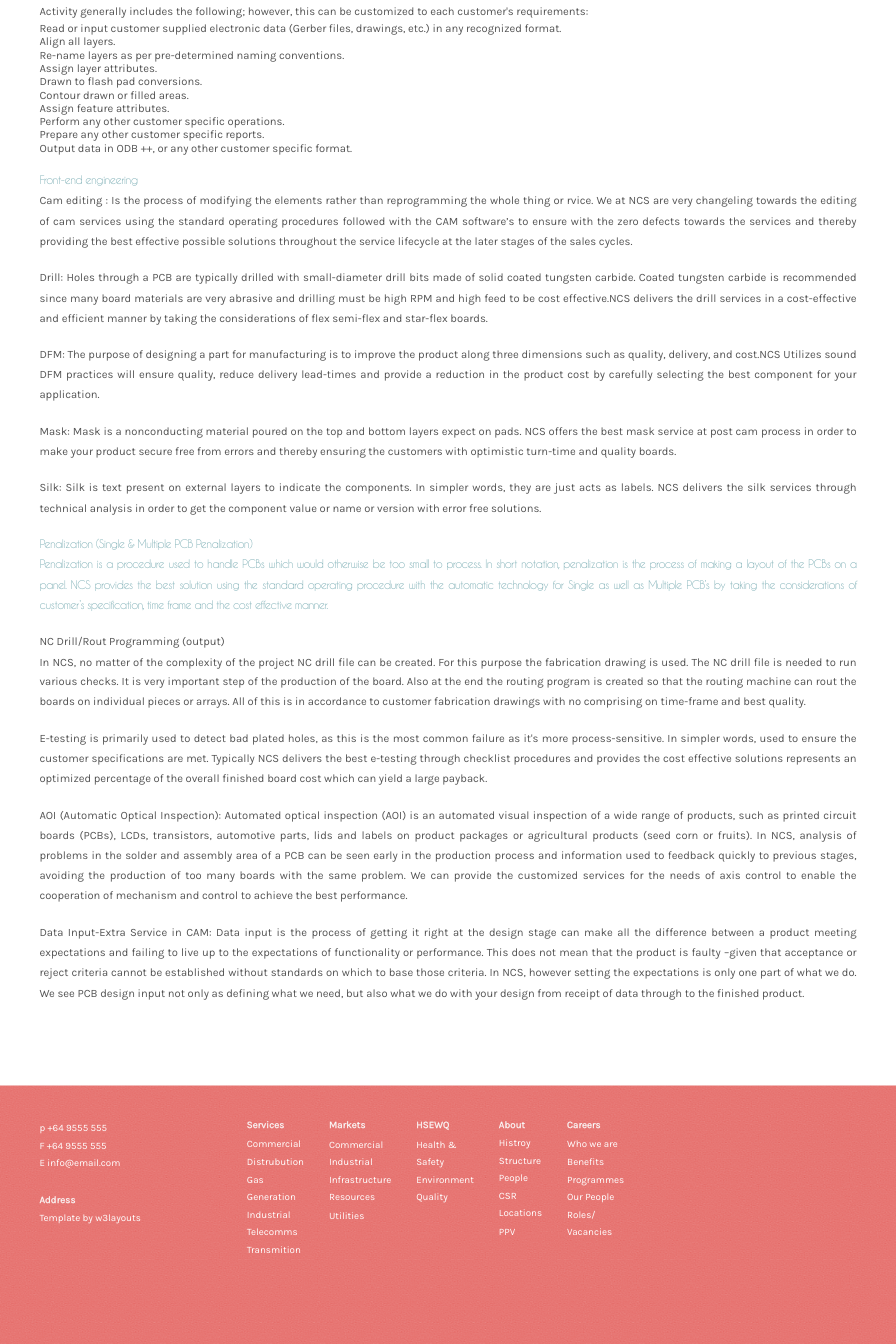
Repository: achalbi/NCS_demo
Page: public/CAM_Solutions.html
The author's editor kept a record of every edit. The page is drawn from the files as they stood at one moment, then again after the next edit.
The browser window is 1280 px wide. The pictures show the part of the page from y = 724 to 2644 px (the page is 2663 px tall), at 70% of full size.

Above is the page before.

### public/CAM_Solutions.html
<!--A Design by W3layouts
Author: W3layout
Author URL: http://w3layouts.com
License: Creative Commons Attribution 3.0 Unported
License URL: http://creativecommons.org/licenses/by/3.0/
-->
<!DOCTYPE HTML>
<html>
<head>
<title>The Organic Website Template | Infrastructure :: w3layouts</title>
<meta http-equiv="Content-Type" content="text/html; charset=utf-8" />
<meta name="viewport" content="width=device-width, initial-scale=1, maximum-scale=1">
<link href='http://fonts.googleapis.com/css?family=Karla' rel='stylesheet' type='text/css'>
<link href="css/style.css" rel="stylesheet" type="text/css" media="all" />
<script src="js/jquery.min.js"></script>
</head>
<body>
<!-- start header -->
<div class="header_bg1">
<div class="wrap">
<div class="wrapper">
	<div class="logo">
		<a href="index.html"><img src="images/logo.png" alt=""/> </a>
	</div>
	<div class="menu">
		<a class="toggleMenu" href="#">Menu</a>
		<ul class="nav">
			<li><a href="index.html">Home</a></li>
			<li><a href="#">Solutions</a>
				<ul>
					<li><a href="CAM_Solutions.html">CAM Solutions</a></li>
					<li><a href="Software_Solutions.html">Software Solutions</a></li>
					<li><a href="Engineering_Solutions.html">Engineering Solutions</a></li>
				</ul>
			</li>
			<li><a href="#">Company</a>
				<ul>
					<li><a href="Quality.html">Quality</a></li>
					<li><a href="Career.html">Career</a></li>
					<li><a href="Capabilities.html">Capabilities</a></li>
				</ul>
			</li>
			<li><a href="contact.html">Contact</a></li>
		</ul>
		</div>
		<div class="clear"></div>
	 <script type="text/javascript" src="js/script.js"></script>
	<div class="clear"></div>
</div>
</div>
</div>
<!-- start content -->
<div class="content_bg">
<div class="wrap">
<div class="wrapper">
	<div class="main">
	  <h2 class="style1">CAM SOLUTIONS</h2>
		<p class="para1">CAM (Computer-Aided Manufacturing) is a foremost front-end engineering solution that requires on time factor and accurate processing in any PCB Company. CAM services has been designed to help consistently accomplish the customers while gaining cost savings. NCS offers the CAM Services like RFQ, Pre-CAM/Product engineering, Front-end Engineering, Penalization, NC Drill Programming/Rout Programming, E-testing, AOI (Automatic optical Inspection), Data input is strived to produce the highest quality machined components in the safest, most efficient manner possible while still ensuring on time delivery of your products or services. </p>
		<p class="para1">  <span class= "style1_sub"> Requests for Quotation </span><br>
        A request for quotation (RFQ) is a standard business process whose purpose is to invite suppliers into a bidding process to bid on specific products or services. RFQ generally means the same thing as IFB (Invitation for Bid). Within the customer requirements, production capacity and the form factors, NCS provides the best quotation through technical reviews in terms of significant analysis and the time factor in order to ensure the customer to responds to RFQ’s faster and more accurately.
        </p>
        <p class="para1"> <span class= "style1_sub">  Pre-CAM (Product Engineering) </span>
        <br>
        Activity generally includes the following; however, this can be customized to each customer's requirements:
<ul >
<li style="color: #555555;">Read or input customer supplied electronic data (Gerber files, drawings, etc.) in any recognized format.</li>
<li style="color: #555555;">Align all layers.</li>
<li style="color: #555555;">Re-name layers as per pre-determined naming conventions.</li>
<li style="color: #555555;">Assign layer attributes.</li>
<li style="color: #555555;">Drawn to flash pad conversions.</li>
<li style="color: #555555;">Contour drawn or filled areas.</li>
<li style="color: #555555;">Assign feature attributes.</li>
<li style="color: #555555;">Perform any other customer specific operations.</li>
<li style="color: #555555;">Prepare any other customer specific reports.</li>
<li style="color: #555555;">Output data in ODB ++, or any other customer specific format.</li>
</ul>
        </p>
        <p class="para1"> <span class= "style1_sub">
        Front-end engineering</span><br>
        Cam editing :
Is the process of modifying the elements rather than reprogramming the whole thing or rvice. We at NCS are very changeling towards the editing of cam services using the standard operating procedures followed with the CAM software’s to ensure with the zero defects towards the services and thereby providing the best effective possible solutions throughout the service lifecycle at the later stages of the sales cycles.
        </p>
         <p class="para1">
       Drill:
Holes through a PCB are typically drilled with small-diameter drill bits made of solid coated tungsten carbide. Coated tungsten carbide is recommended since many board materials are very abrasive and drilling must be high RPM and high feed to be cost effective.NCS delivers the drill services in a cost-effective and efficient manner by taking the considerations of flex semi-flex and star-flex boards.
        </p>
         <p class="para1">
        DFM:
The purpose of designing a part for manufacturing is to improve the product along three dimensions such as quality, delivery, and cost.NCS Utilizes sound DFM practices will ensure quality, reduce delivery lead-times and provide a reduction in the product cost by carefully selecting the best component for your application.
        </p>
         <p class="para1">
       Mask:
Mask is a nonconducting material poured on the top and bottom layers expect on pads. NCS offers the best mask service at post cam process in order to make your product secure free from errors and thereby ensuring the customers with optimistic turn-time and quality boards.
        </p>
          <p class="para1">
      Silk:
Silk is text present on external layers to indicate the components. In simpler words, they are just acts as labels. NCS delivers the silk services through technical analysis in order to get the component value or name or version with error free solutions.
        </p>
         <p class="para1">  <span class= "style1_sub"> Penalization (Single & Multiple PCB Penalization)<br>
         Penalization is a procedure used to handle PCBs which would otherwise be too small to process. In short notation, penalization is the process of making a layout of the PCBs on a panel. NCS provides the best solution using the standard operating procedure with the automatic technology for Single as well as Multiple PCB’s by taking the considerations of customer’s specification, time frame and the cost effective manner.
         </p>
          <p class="para1">NC Drill/Rout Programming (output)<br>
          In NCS, no matter of the complexity of the project NC drill file can be created. For this purpose the fabrication drawing is used. The NC drill file is needed to run various checks. It is very important step of the production of the board. Also at the end the routing program is created so that the routing machine can rout the boards on individual pieces or arrays. All of this is in accordance to customer fabrication drawings with no comprising on time-frame and best quality.
          </p>
           <p class="para1"E-Testing (Electrical Testing)<br>
           E-testing is primarily used to detect bad plated holes, as this is the most common failure as it's more process-sensitive. In simpler words, used to ensure the customer specifications are met. Typically NCS delivers the best e-testing through checklist procedures and provides the cost effective solutions represents an optimized percentage of the overall finished board cost which can yield a large payback.
           </p>
            <p class="para1">AOI (Automatic Optical Inspection):
Automated optical inspection (AOI) is an automated visual inspection of a wide range of products, such as printed circuit boards (PCBs), LCDs, transistors, automotive parts, lids and labels on product packages or agricultural products (seed corn or fruits). In NCS, analysis of problems in the solder and assembly area of a PCB can be seen early in the production process and information used to feedback quickly to previous stages, avoiding the production of too many boards with the same problem. We can provide the customized services for the needs of axis control to enable the cooperation of mechanism and control to achieve the best performance.</p>
<p class="para1">Data Input-Extra Service in CAM:
Data input is the process of getting it right at the design stage can make all the difference between a product meeting expectations and failing to live up to the expectations of functionality or performance. This does not mean that the product is faulty –given that acceptance or reject criteria cannot be established without standards on which to base those criteria. In NCS, however setting the expectations is only one part of what we do. We see PCB design input not only as defining what we need, but also what we do with your design from receipt of data through to the finished product.</p>
    </div>
</div>
</div>
</div>
<!-- start footer -->
<div class="footer_bg">
<div class="wrap">
<div class="wrapper">
<div class="clear">
	<div class="f_grid">
		<div class="grid1_of_1">
			<div class="address">
				<p>p +64 9555 555</p>
				<p>F +64 9555 555</p>
				<p>E <a href="">info@email.com</a> </p>
				<h3 class="top">Address</h3>
				<p class="top">Template by <a href="http://w3layouts.com">w3layouts</a></p>
			</div>
		</div>
		<div class="grid1_of_2">
			<div class="f_grid2 left">
				<h3>Services</h3>
				<ul class="f_nav">
					<li><a href="">Commercial</a></li>
					<li><a href="">Distrubution</a></li>
					<li><a href="">Gas</a></li>
					<li><a href="">Generation</a></li>
					<li><a href="">Industrial</a></li>
					<li><a href="">Telecomms</a></li>
					<li><a href="">Transmition</a></li>
				</ul>
			</div>
			<div class="f_grid2 left">
			<h3>Markets</h3>
			<ul class="f_nav">
				<li><a href="">Commercial</a></li>
				<li><a href="">Industrial</a></li>
				<li><a href="">Infrastructure</a></li>
				<li><a href="">Resources</a></li>
				<li><a href="">Utilities</a></li>
			</ul>
			</div>
			<div class="f_grid2 left">
			<h3>HSEWQ</h3>
			<ul class="f_nav">
				<li><a href="">Health &</a></li>
				<li><a href="">Safety</a></li>
				<li><a href="">Environment</a></li>
				<li><a href="">Quality</a></li>
			</ul>
			</div>
			<div class="f_grid2 left hide">
			<h3>About</h3>
			<ul class="f_nav">
				<li><a href="">Histroy</a></li>
				<li><a href="">Structure</a></li>
				<li><a href="">People</a></li>
				<li><a href="">CSR</a></li>
				<li><a href="">Locations</a></li>
				<li><a href="">PPV</a></li>
			</ul>
			</div>
			<div class="f_grid2 left hide">
			<h3>Careers</h3>
			<ul class="f_nav">
				<li><a href="">Who we are</a></li>
				<li><a href="">Benefits</a></li>
				<li><a href="">Programmes</a></li>
				<li><a href="">Our People</a></li>
				<li><a href="">Roles/</a></li>
				<li><a href="">Vacancies</a></li>
			</ul>
			</div>
		</div>
		<div class="clear"></div>
	</div>
	</div>
</div>
</div>
</div>
</body>
</html>

Loaded but not shown: public/js/jquery.min.js (library); public/js/script.js (49 lines, source omitted); public/css/style.css (962 lines, source omitted)

After the next edit:
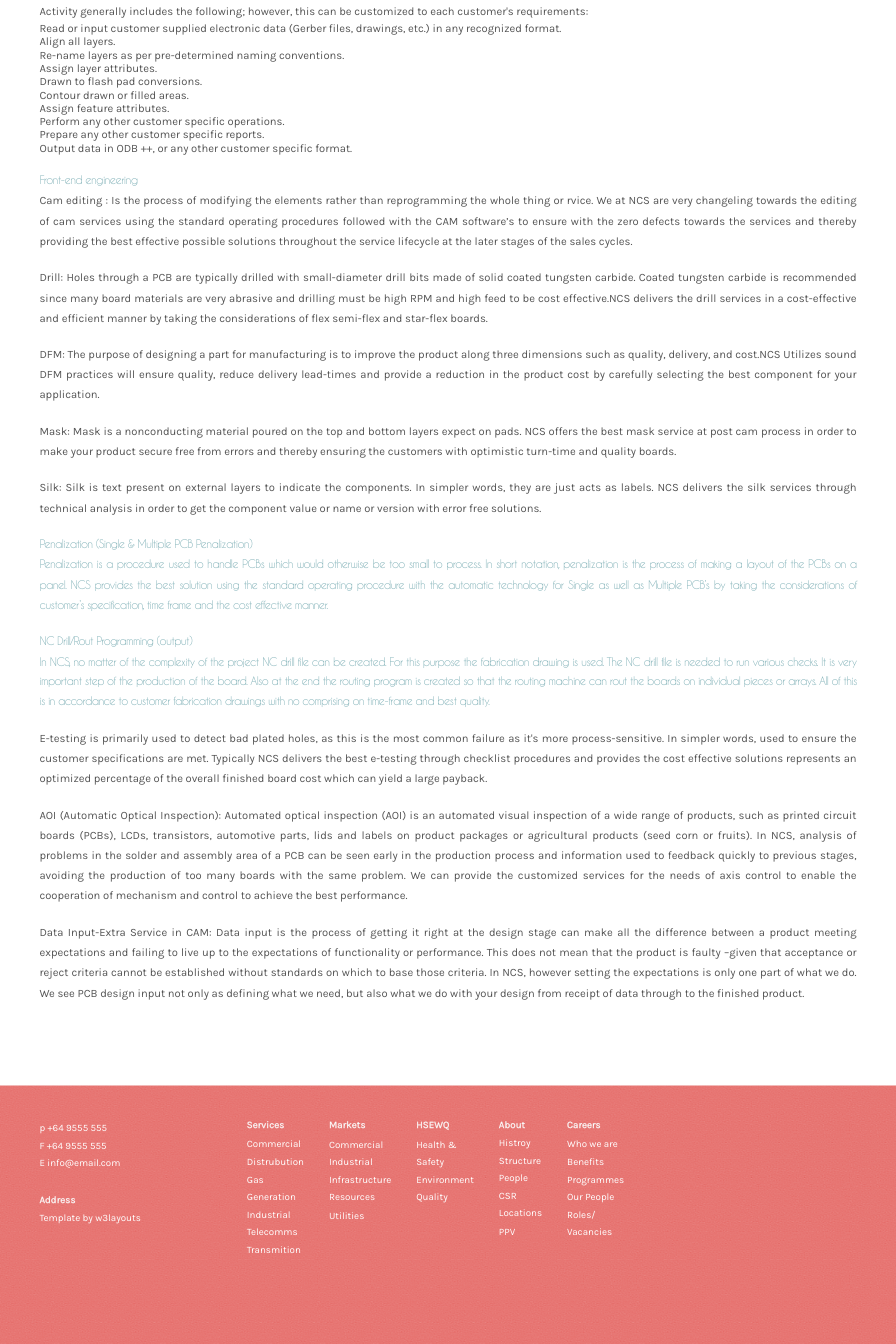
The edit:
--- a/public/CAM_Solutions.html
+++ b/public/CAM_Solutions.html
@@ -99,7 +99,7 @@
          <p class="para1">  <span class= "style1_sub"> Penalization (Single & Multiple PCB Penalization)<br>
          Penalization is a procedure used to handle PCBs which would otherwise be too small to process. In short notation, penalization is the process of making a layout of the PCBs on a panel. NCS provides the best solution using the standard operating procedure with the automatic technology for Single as well as Multiple PCB’s by taking the considerations of customer’s specification, time frame and the cost effective manner.
          </p>
-          <p class="para1">NC Drill/Rout Programming (output)<br>
+          <p class="para1">  <span class= "style1_sub"> NC Drill/Rout Programming (output)<br>
           In NCS, no matter of the complexity of the project NC drill file can be created. For this purpose the fabrication drawing is used. The NC drill file is needed to run various checks. It is very important step of the production of the board. Also at the end the routing program is created so that the routing machine can rout the boards on individual pieces or arrays. All of this is in accordance to customer fabrication drawings with no comprising on time-frame and best quality.
           </p>
            <p class="para1"E-Testing (Electrical Testing)<br>
